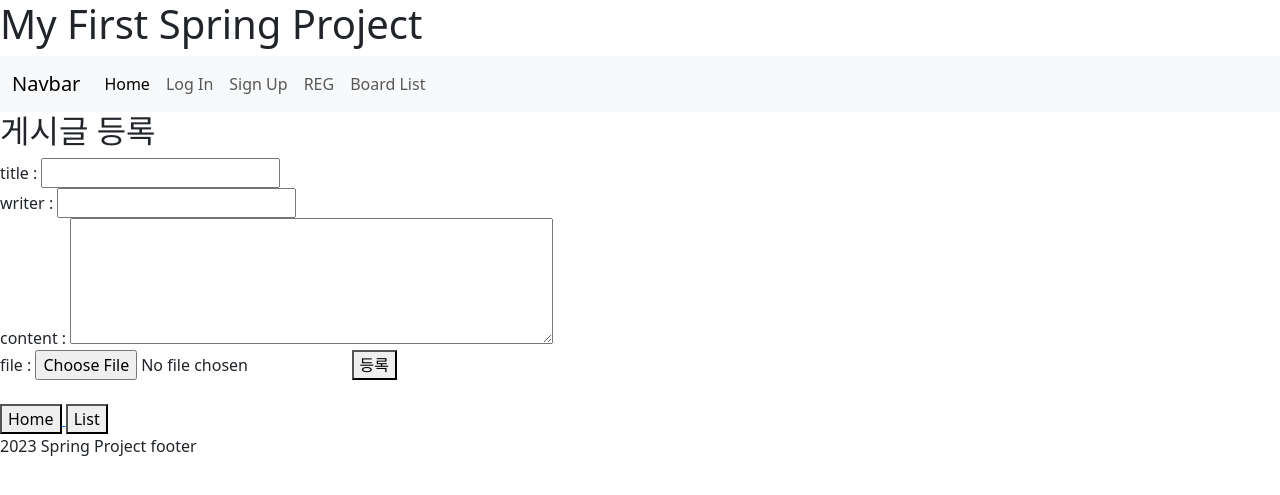
Repository: halsooitda/spring-xml
Page: http://localhost/spring-Test/WEB-INF/views/board/register.jsp
The author's editor kept a copy of each file at every save. The page is drawn from the files as they stood at one save, then again after the next save.
The browser window is 1280 px wide. The pictures show the whole page.
The page is served by Tomcat 9. Nobody is signed in. Other server files are loaded and not shown. The template is opened directly, without the code that normally fills it, so the values that code supplies are empty.

Above is the page before, as saved 2023-10-12 07:52:35.

### spring-Test/src/main/webapp/WEB-INF/views/board/register.jsp
<%@ page language="java" contentType="text/html; charset=UTF-8"
    pageEncoding="UTF-8"%>
<%@ taglib uri="http://java.sun.com/jsp/jstl/core" prefix="c" %>
<!DOCTYPE html>
<html>
<head>
<meta charset="UTF-8">
<title>Insert title here</title>
</head>
<body>
<jsp:include page="../layout/header.jsp"></jsp:include>
<h2> 게시글 등록 </h2>
<!-- mapping 상태는 get / post가 별도의 mapping을 가짐 -->
<form action="/board/register" method="post">
	title : <input type="text" name="title"> <br>
	writer : <input type="text" name="writer" value="${ses.id }" readonly="readonly"> <br>
	content : <textarea rows="5" cols="50" name="content"></textarea> <br>
	file : <input type="file" id="file" name="files">
	<button type="submit">등록</button>
</form>
<br>
<a href="/">
	<button type="button">Home</button>
</a>
<a href="/board/list">
	<button type="button">List</button>
</a>


<jsp:include page="../layout/footer.jsp"></jsp:include>
</body>
</html>

### spring-Test/src/main/webapp/WEB-INF/views/layout/header.jsp
<%@ page language="java" contentType="text/html; charset=UTF-8"
    pageEncoding="UTF-8"%>
<%@ taglib uri="http://java.sun.com/jsp/jstl/core" prefix="c" %>
<!DOCTYPE html>
<html>
<head>
<meta charset="UTF-8">
<title>Insert title here</title>
<link href="https://cdn.jsdelivr.net/npm/bootstrap@5.3.1/dist/css/bootstrap.min.css" rel="stylesheet" integrity="sha384-4bw+/aepP/YC94hEpVNVgiZdgIC5+VKNBQNGCHeKRQN+PtmoHDEXuppvnDJzQIu9" crossorigin="anonymous">
<script src="https://cdn.jsdelivr.net/npm/bootstrap@5.3.1/dist/js/bootstrap.bundle.min.js" integrity="sha384-HwwvtgBNo3bZJJLYd8oVXjrBZt8cqVSpeBNS5n7C8IVInixGAoxmnlMuBnhbgrkm" crossorigin="anonymous"></script>
</head>
<body>
<h1> My First Spring Project </h1>

<nav class="navbar navbar-expand-lg bg-body-tertiary">
  <div class="container-fluid">
    <a class="navbar-brand" href="#">Navbar</a>
    <button class="navbar-toggler" type="button" data-bs-toggle="collapse" data-bs-target="#navbarSupportedContent" aria-controls="navbarSupportedContent" aria-expanded="false" aria-label="Toggle navigation">
      <span class="navbar-toggler-icon"></span>
    </button>
    <div class="collapse navbar-collapse" id="navbarSupportedContent">
      <ul class="navbar-nav me-auto mb-2 mb-lg-0">
        <li class="nav-item">
          <a class="nav-link active" aria-current="page" href="/">Home</a>
        </li>

        <c:if test="${ses.id eq null }">
        <li class="nav-item">
          <a class="nav-link" href="/member/login">Log In</a>
        </li>
        </c:if>

        <c:if test="${ses.id ne null }">
        <li class="nav-item">
          <a class="nav-link" href="/member/logout">Log Out</a>
        </li>
        </c:if>

        <c:if test="${ses.id eq null }">
        <li class="nav-item">
          <a class="nav-link" href="/member/signup">Sign Up</a>
        </li>
		</c:if>

        <li class="nav-item">
          <a class="nav-link" href="/board/register">REG</a>
        </li>

        <li class="nav-item">
          <a class="nav-link" href="/board/list">Board List</a>
        </li>
        <li class="nav-item">
          <c:if test="${ses.id ne null }">
          <a class="nav-link" href="/member/modify">
		  <b>${ses.name }(${ses.email })</b>님 로그인 하였습니다.
          </a>
		  </c:if>
        </li>
<!--         <li class="nav-item dropdown">
          <a class="nav-link dropdown-toggle" href="#" role="button" data-bs-toggle="dropdown" aria-expanded="false">
            Dropdown
          </a>
          <ul class="dropdown-menu">
            <li><a class="dropdown-item" href="#">Action</a></li>
            <li><a class="dropdown-item" href="#">Another action</a></li>
            <li><hr class="dropdown-divider"></li>
            <li><a class="dropdown-item" href="#">Something else here</a></li>
          </ul>
        </li>
        <li class="nav-item">
          <a class="nav-link disabled" aria-disabled="true">Disabled</a>
        </li> -->
      </ul>
<!--       <form class="d-flex" role="search">
        <input class="form-control me-2" type="search" placeholder="Search" aria-label="Search">
        <button class="btn btn-outline-success" type="submit">Search</button>
      </form> -->
    </div>
  </div>
</nav>

### spring-Test/src/main/webapp/WEB-INF/views/layout/footer.jsp
<%@ page language="java" contentType="text/html; charset=UTF-8"
    pageEncoding="UTF-8"%>

<div>
	2023 Spring Project footer
</div>
</body>
</html>

After the next save:
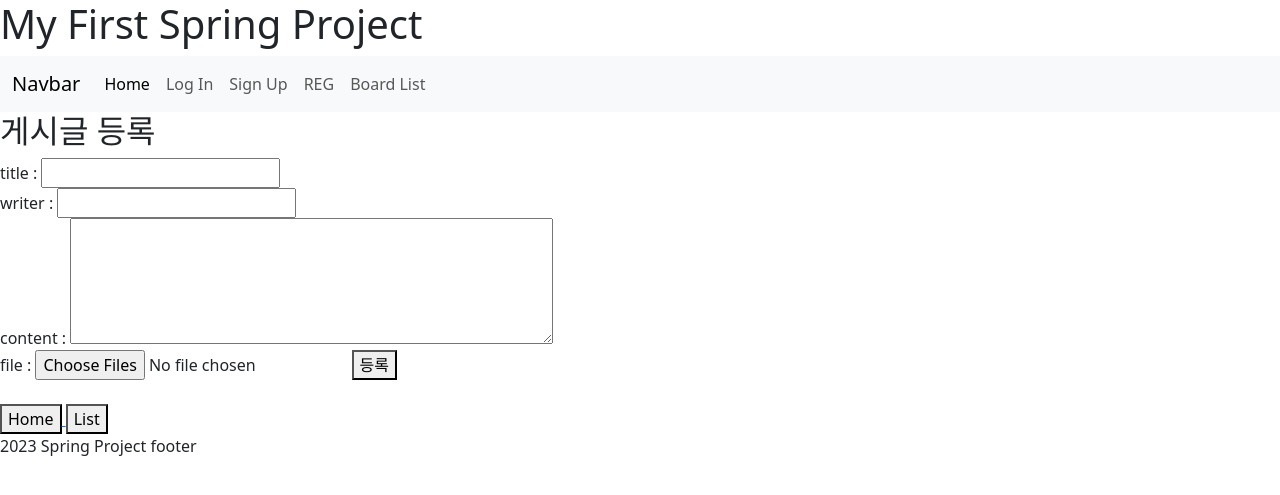
Saved 13 s later.
--- a/spring-Test/src/main/webapp/WEB-INF/views/board/register.jsp
+++ b/spring-Test/src/main/webapp/WEB-INF/views/board/register.jsp
@@ -15,7 +15,7 @@
 	title : <input type="text" name="title"> <br>
 	writer : <input type="text" name="writer" value="${ses.id }" readonly="readonly"> <br>
 	content : <textarea rows="5" cols="50" name="content"></textarea> <br>
-	file : <input type="file" id="file" name="files">
+	file : <input type="file" id="file" name="files" multiple="multiple">
 	<button type="submit">등록</button>
 </form>
 <br>
